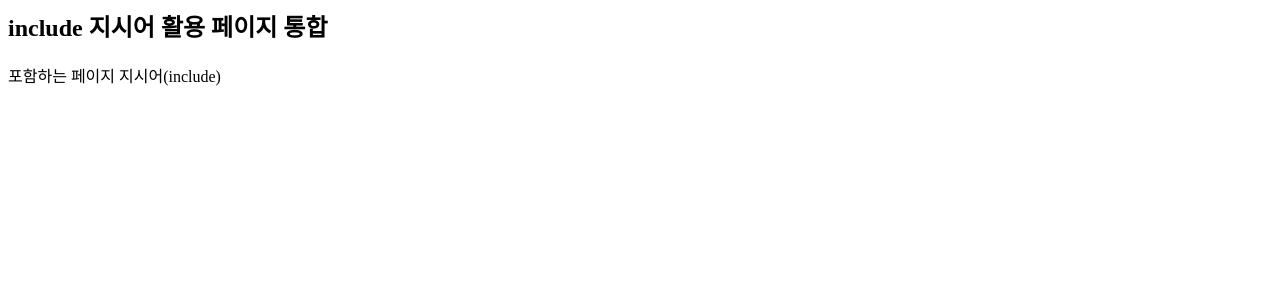
Repository: seminocoe/JSP_STUDY
Page: http://localhost/ServletProject/directive/includeex.jsp
These files come from the project's save history. The page is drawn as it stood at one moment and after the next save; the edit follows.
The browser window is 1280 px wide. The pictures show the whole page.
The page is served by Tomcat 9. Nobody is signed in. The application's start-up code is not run. Other server files are loaded and not shown.

Above is the page before, as saved 2022-08-01 06:06:06.

### ServletProject/src/main/webapp/directive/includeex.jsp
<%@ page language="java" contentType="text/html; charset=UTF-8"
    pageEncoding="UTF-8"%>

 <h2>include 지시어 활용 페이지 통합</h2>
 <%

 String name = "홍 길 동";

 %>
 <%@ include file="top.jsp"%>
 포함하는 페이지 지시어(include)
 <%@ include file="bottom.jsp"%>

Loaded but not shown: ServletProject/src/main/webapp/directive/top.jsp (common file); ServletProject/src/main/webapp/directive/bottom.jsp (common file)

After the next save:
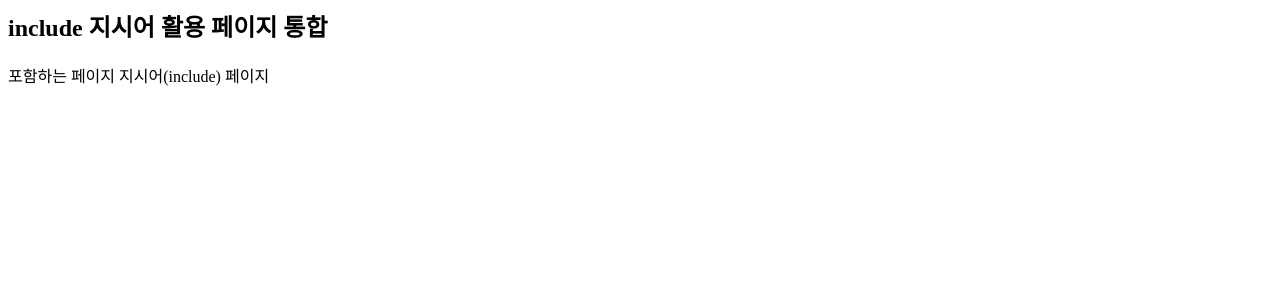
Saved 11 s later.
--- a/ServletProject/src/main/webapp/directive/includeex.jsp
+++ b/ServletProject/src/main/webapp/directive/includeex.jsp
@@ -8,5 +8,5 @@
 
  %>
  <%@ include file="top.jsp"%>
- 포함하는 페이지 지시어(include)
+ 포함하는 페이지 지시어(include) 페이지
  <%@ include file="bottom.jsp"%>
